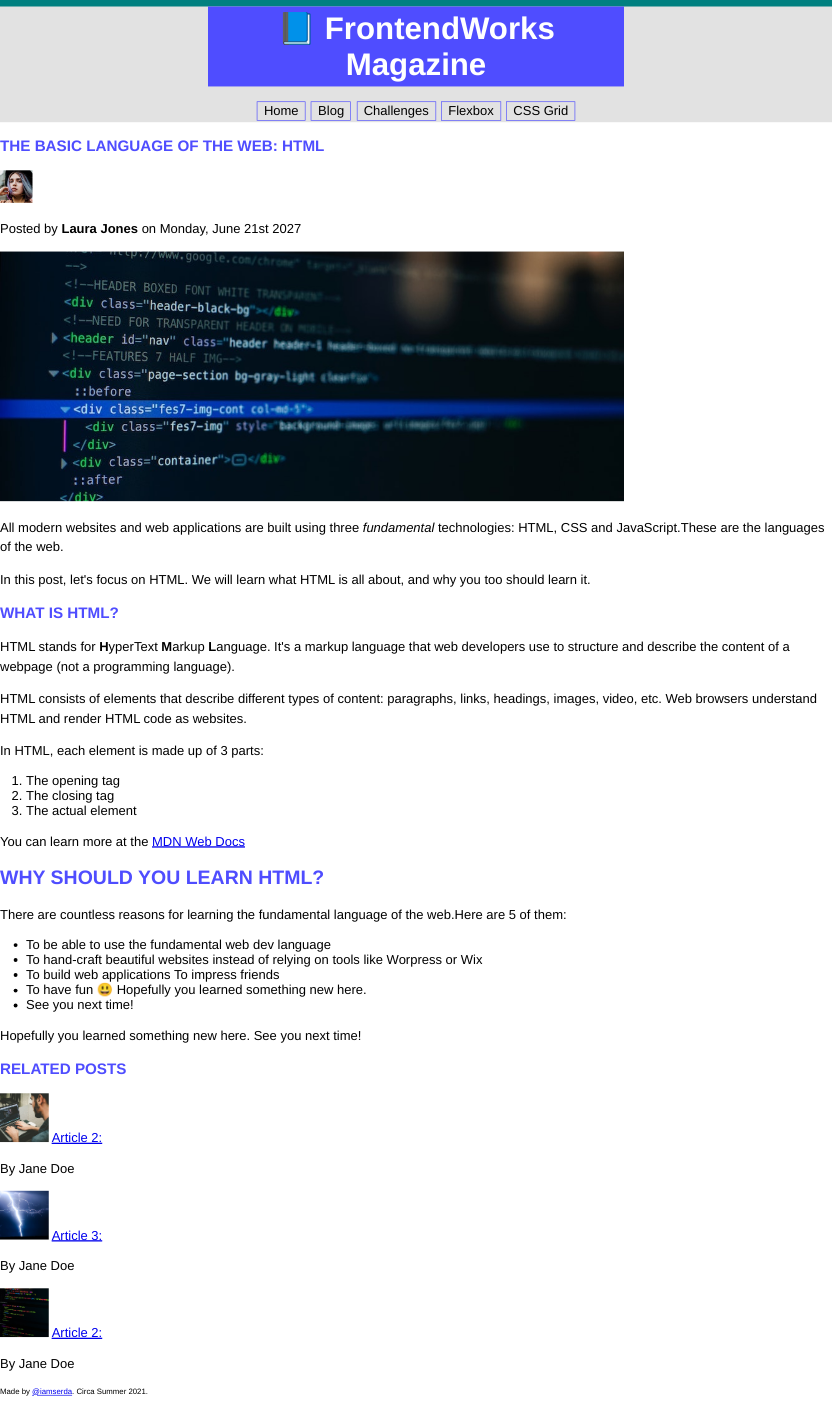
Repository: iamserda/html-css-course
Page: starter/02-HTML-Fundamentals/index.html
These files come from the project's save history. The page is drawn as it stood at one moment and after the next save; the edit follows.
The browser window is 1280 px wide. The pictures show the whole page, at 65% of full size.

Above is the page before, as saved 2021-07-17 16:33:31.

After the next save:
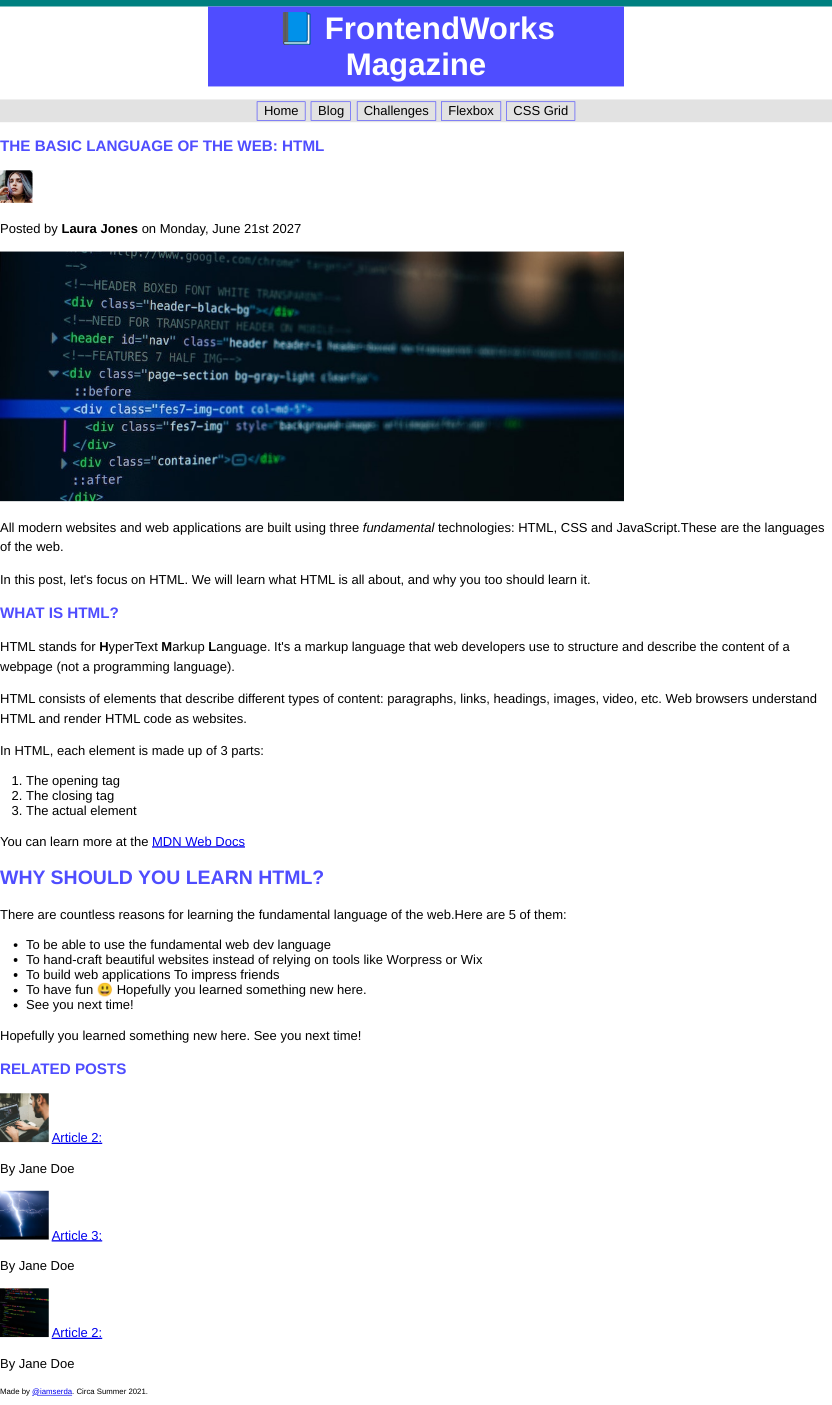
Saved 34 s later.
--- a/starter/02-HTML-Fundamentals/index.css
+++ b/starter/02-HTML-Fundamentals/index.css
@@ -19,7 +19,6 @@ body {
 
 body>header {
     border-top: 10px solid teal;
-    background-color: rgb(226, 226, 226);
 }
 
 h1,
@@ -46,7 +45,9 @@ h6 {
 p {
     line-height: 1.5;
 }
-
+nav{
+    background-color: rgb(226, 226, 226);
+}
 nav ul {
     width: 50%;
     max-width: 500px;
